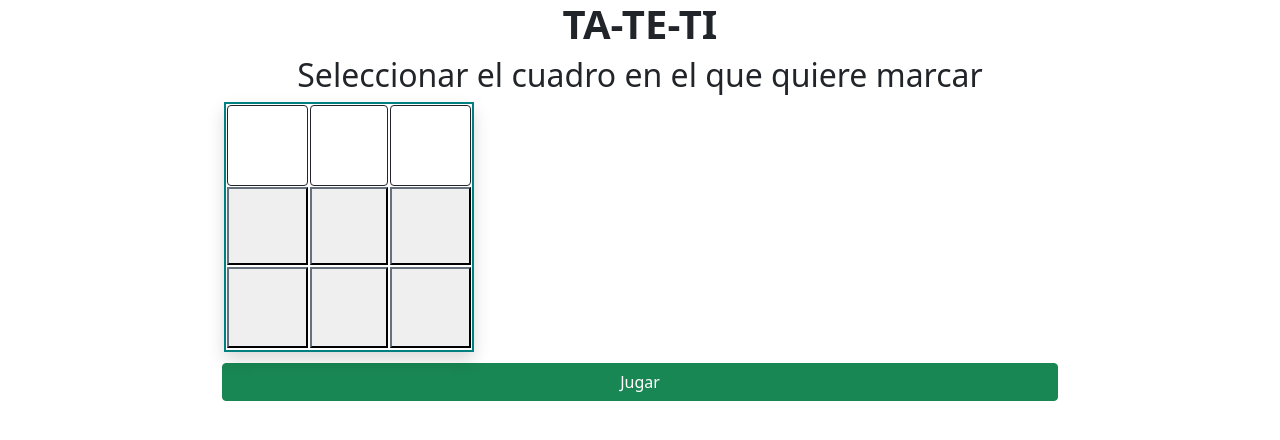
Repository: Lean97-start/TATETI
Page: Tateti.html
These files come from the project's save history. The page is drawn as it stood at one moment and after the next save; the edit follows.
The browser window is 1280 px wide. The pictures show the whole page.

Above is the page before, as saved 2021-07-11 23:08:22.
Console error: SyntaxError: Unexpected token ')'

### Tateti.html
<!DOCTYPE html>
<html lang="en">
<head>
    <meta charset="UTF-8">
    <link rel="stylesheet" type="text/css" href="Tateti.css">
    <link rel="stylesheet" href="Tateti.js">
    <link rel="stylesheet" type="text/css" href="https://necolas.github.io/normalize.css/8.0.1/normalize.css">
    <title>TATETI</title>
    <link href="https://cdn.jsdelivr.net/npm/bootstrap@5.0.2/dist/css/bootstrap.min.css" rel="stylesheet" integrity="sha384-EVSTQN3/azprG1Anm3QDgpJLIm9Nao0Yz1ztcQTwFspd3yD65VohhpuuCOmLASjC" crossorigin="anonymous">
</head>
<body>
    <div class="container">
        <H1 class="fw-bold">TA-TE-TI</H1>
        <H2 class="fw-normal">Seleccionar el cuadro en el que quiere marcar</H2>

            <div class="row w-50 h-50 bg-white">
                <table class="shadow " id="cuadro">
                    <tr>
                        <td><button class="btn border-dark w-100 h-100 " id="11"></button></td>
                        <td><button class="btn border-dark w-100 h-100" id="21"></button></td>
                        <td><button class="btn border-dark w-100 h-100" id="31"></button></td>
                    </tr>
                    <tr>
                        <td><button class="border-dark w-100 h-100" id="12"></button></td>
                        <td><button class="border-dark w-100 h-100" id="22"></button></td>
                        <td><button class="border-dark w-100 h-100" id="32"></button></td>
                    </tr>
                    <tr>
                        <td><button class="border-dark w-100 h-100" id="13"></button></td>
                        <td><button class="border-dark w-100 h-100" id="23"></button></td>
                        <td><button class="border-dark w-100 h-100" id="33"></button></td>
                    </tr>
                </table>
            </div>
            <div class="row">
                <div class="btn ">
                    <button type="button" class="btn btn-success my-1 w-75" id="btn-jugar">Jugar</button>
                </div>
            </div>

        </div>
    <script src="Tateti.js"></script>
    <script src="https://cdn.jsdelivr.net/npm/bootstrap@5.0.2/dist/js/bootstrap.bundle.min.js" integrity="sha384-MrcW6ZMFYlzcLA8Nl+NtUVF0sA7MsXsP1UyJoMp4YLEuNSfAP+JcXn/tWtIaxVXM" crossorigin="anonymous"></script>
</body>
</html>

### Tateti.css
h1{
    font-size: 55px;
    text-align: center;
}
h2{
    font-size: 30px;
    text-align: center;
}
#cuadro{
    border: 2px teal solid;
    background: white;
    position: relative;
    height: 250px;
    width: 250px;
    margin: auto;

}
.entradas{
    text-align: center;
    font-family: Arial, Helvetica, sans-serif;
    font-size: 60px;
    height: 80px;
    width: 80px;
    box-sizing: border-box;

}

### Tateti.js
let var1, var2, var3,var4, var5,var6 = undefined
function mostrar(){
    let prueba = document.getElementById('v1');
    alert(prueba);
}
function jugarTurno (){
    if(){

    }
    else if (var1 != undefined || var2 != undefined || var3 != undefined ||var4 != undefined ||var5 != undefined || var6 != undefined ){

    }


}

After the next save:
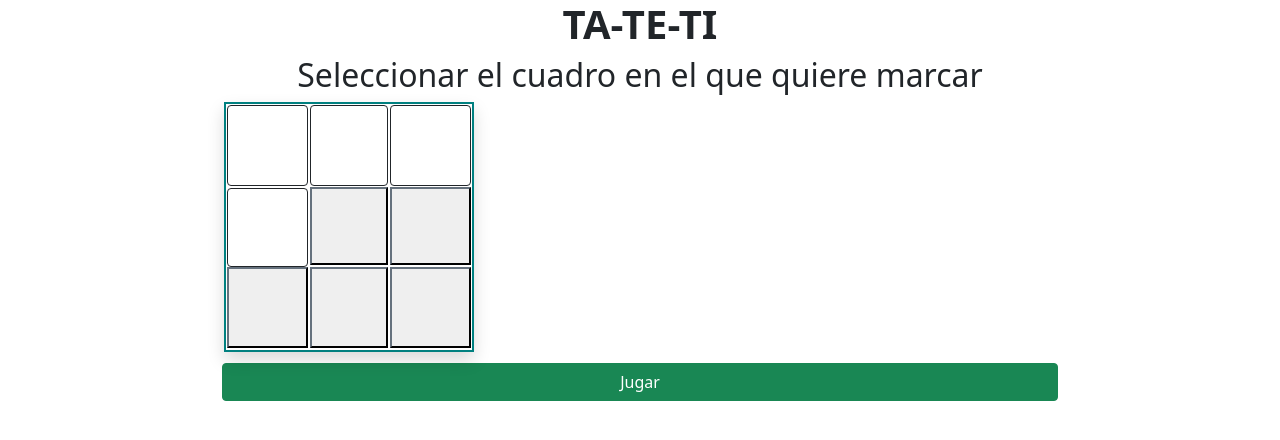
Saved 12 s later.
--- a/Tateti.html
+++ b/Tateti.html
@@ -21,7 +21,7 @@
                         <td><button class="btn border-dark w-100 h-100" id="31"></button></td>
                     </tr>
                     <tr>
-                        <td><button class="border-dark w-100 h-100" id="12"></button></td>
+                        <td><button class="btn border-dark w-100 h-100" id="12"></button></td>
                         <td><button class="border-dark w-100 h-100" id="22"></button></td>
                         <td><button class="border-dark w-100 h-100" id="32"></button></td>
                     </tr>
